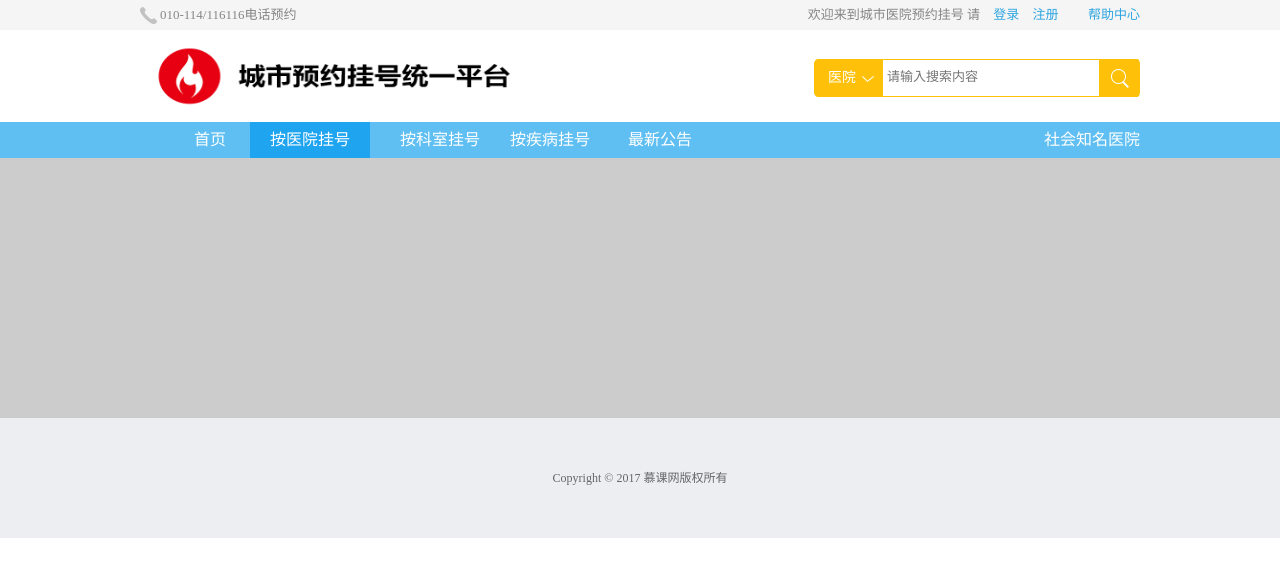
Repository: ScarApocalypse/study
Page: 挂号平台/hospital_detail.html
These files come from the project's save history. The page is drawn as it stood at one moment and after the next save; the edit follows.
The browser window is 1280 px wide. The pictures show the whole page.

Above is the page before, as saved 2019-01-22 21:46:07.

After the next save:
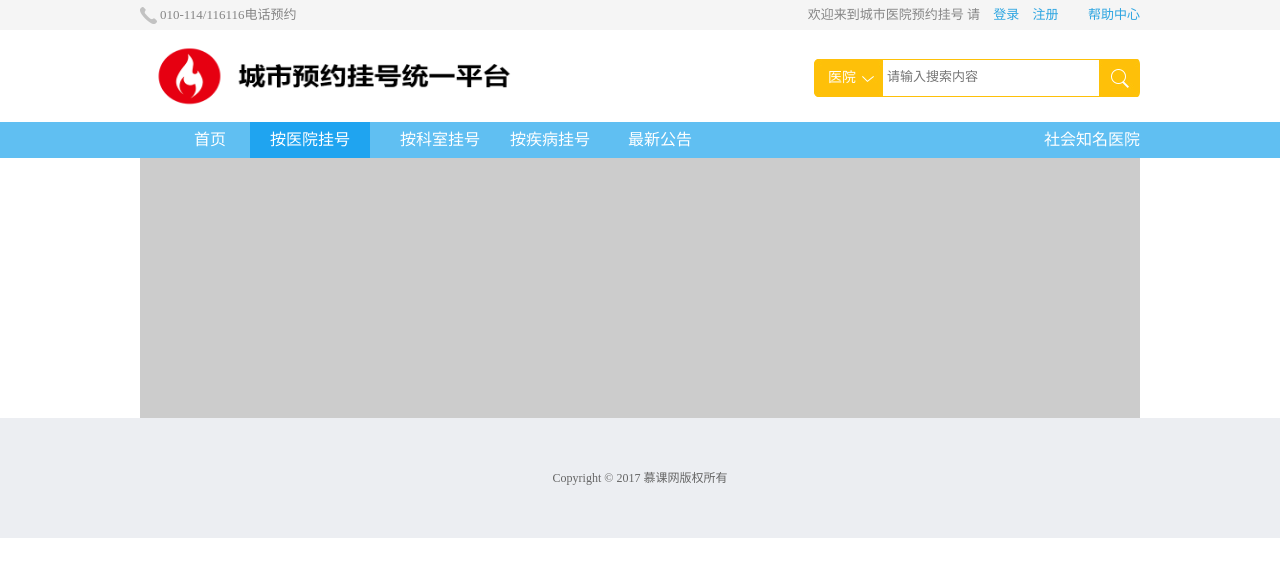
Saved 10 s later.
--- a/挂号平台/css/hospital_detail.css
+++ b/挂号平台/css/hospital_detail.css
@@ -1,5 +1,5 @@
 .hospital_detail{
     height: 260px;
     background: #ccc;
-    width:100%
+
 }
